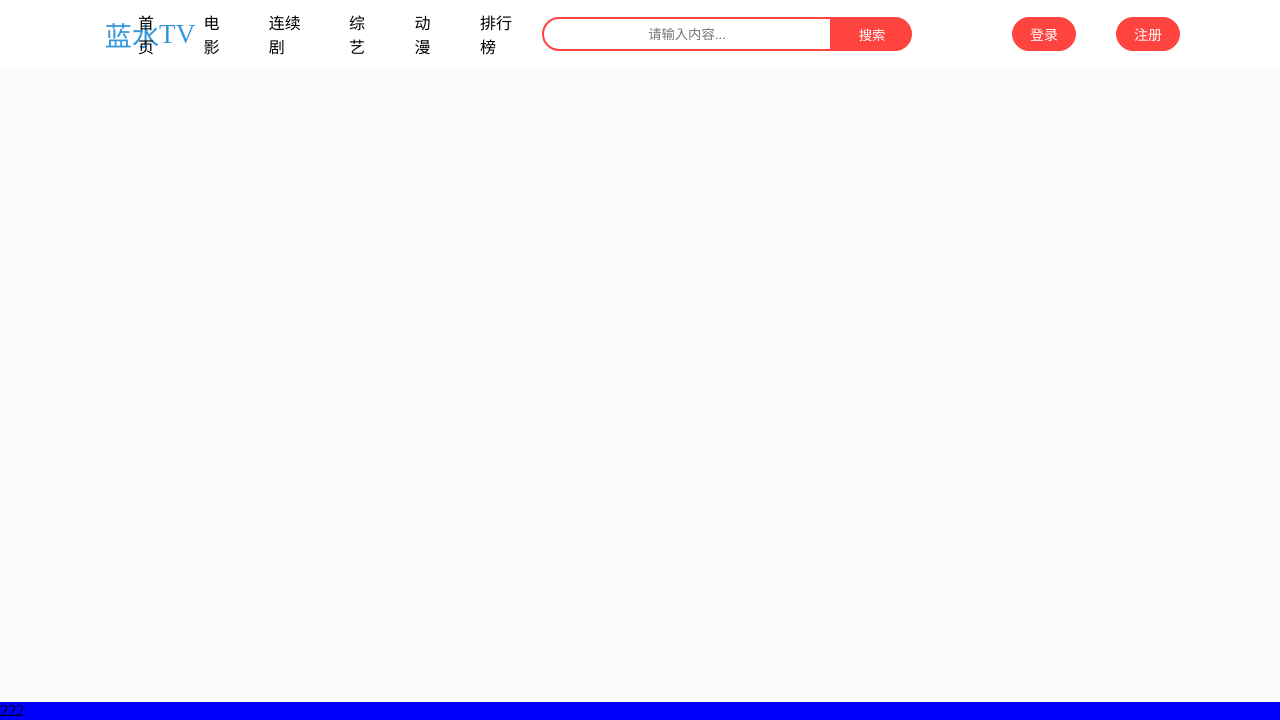
Repository: 842992406/blueWaterTV
Page: index.html
The author's editor kept a copy of each file at every save. The page is drawn from the files as they stood at one save, then again after the next save.
The browser window is 1280 px wide. The pictures show the whole page.

Above is the page before, as saved 2022-05-05 16:40:12.

### index.html
<!DOCTYPE html>
<html lang="en">

<head>
  <meta charset="UTF-8">
  <meta http-equiv="X-UA-Compatible" content="IE=edge">
  <meta name="viewport" content="width=device-width, initial-scale=1.0">
  <title>蓝水TV</title>
  <link rel="stylesheet" href="./css/index.css">
</head>

<body>
  <!-- 头界面 -->
  <header>
    <!-- logo -->
    <div class="logo">
      <ul>
        <li>蓝</li>
        <li>水</li>
        <li>TV</li>
      </ul>
    </div>
    <!-- 导航栏 -->
    <div class="changeBox">
      <ul>
        <li>首页</li>
        <li>电影</li>
        <li>连续剧</li>
        <li>综艺</li>
        <li>动漫</li>
        <li>排行榜</li>
      </ul>
    </div>
    <div class="search">
      <input type="text" name="" id="input" placeholder="请输入内容..." onfocus="this.placeholder=''"
        onblur="this.placeholder='请输入内容...'">
      <button type="submit">搜索</button>
    </div>
    <!-- 登录注册按钮 -->
    <div class="userLogin">
      <button type="submit">登录</button>
      <button type="submit">注册</button>
    </div>
  </header>
  <!-- 主界面 -->
  <main>
    <div class="mainCard">
      <!-- 轮播图 -->
      <div class="map"></div>
    </div>
  </main>
  <!-- 脚页面 -->
  <footer>222</footer>
</body>

</html>

### css/index.css
*{
  padding: 0;
  margin: 0;
  box-sizing: border-box;
}

body{
  width: 100vw;
  height: 100vh;
  display: flex;
  flex-direction: column;
  justify-content: space-between;
  align-items: center;
  background-color: rgb(250, 250, 250);
}

/* 所有的 li 的前面的点都去掉 */
li{
  list-style: none;
}

header{
  /* 设置头固定不动 */
  position:fixed;
  right:0;
  top:0;
  width: 100vw;
  height: 68px;
  background-color: rgb(255, 255, 255);
  display: flex;
  padding:0 80px;
  justify-content: space-between;
}

.logo>ul{
  width: 100px;
  height: 100%;
  display: flex;
  font-size: 1.7em;
  justify-content: center;
  align-items: center;
  margin-left: 20px;
  color: #3498db;
  /* 鼠标变为小手 */
  cursor: pointer;
}

.logo>ul li {
  transition: 1s;
}
/* logo的第一个单词 */
.logo>ul>li:nth-of-type(1):hover{
  transform: rotate(360deg);
  color: aqua;
}
/* logo的第二个单词 */
.logo>ul>li:nth-of-type(2):hover{
  transform: scale(1.2);
  color: #f1c40f;
}
/* logo的第三个单词 */
.logo>ul>li:nth-of-type(3):hover{
  transform: rotate(360deg);
  color: #60a3bc;
}

/* 导航栏 */
.changeBox{
  width: 440px;
  height: 100%;
  display: flex;
  transform: translateX(-80px);
}

.changeBox>ul{
  display: flex;
  justify-content: center;
  align-items: center;
}

.changeBox>ul li{
  margin: 0 18px;
  cursor: pointer;
}

.changeBox>ul li:hover{
  color: #e67e22;
  border-bottom: 2px solid #e67e22;
}

.search{
  width: 380px;
  height: 100%;
  display: flex;
  justify-content: center;
  align-items: center;
  transform: translateX(-80px);
}

.search #input{
  width: 290px;
  height: 50%;
  border-radius: 25px 0 0 25px;
    /* 去掉焦点之后的边框 */
  outline: none;
  border: 2px solid rgb(255, 68, 63);
  text-align: center;
}

.search button{
  height: 50%;
  width: 80px;
  color: white;
  background-color: rgb(255, 68, 63);
  border-radius: 0 25px 25px 0;
  border: 2px solid rgb(255, 68, 63);
  /* 去掉点击的边框 */
  outline: none;
  cursor: pointer;
}

.userLogin {
  display: flex;
  justify-content: flex-end;
  align-items: center;
}

.userLogin button{
  height: 50%;
  width: 64px;
  padding: 0 15px;
  margin: 0 20px;
  border-radius: 20px;
  font-size: 14px;
  /* 去掉点击之后的黑色边框 */
  outline: none;
  background-color: rgb(255, 68, 63);
  color: white;
  border: 1px solid rgb(255, 68, 63);
  cursor: pointer;
  transition: .5s;
}

.userLogin button:hover{
  transform: scale(1.2);
}

main{
  position:relative;
  top: 68px;
  display: flex;
  width: 100vw;
  justify-content: center;
  align-items: center;
  background-color: red;
}

footer{
  display: flex;
  width: 100vw;
  background-color: blue;
}

After the next save:
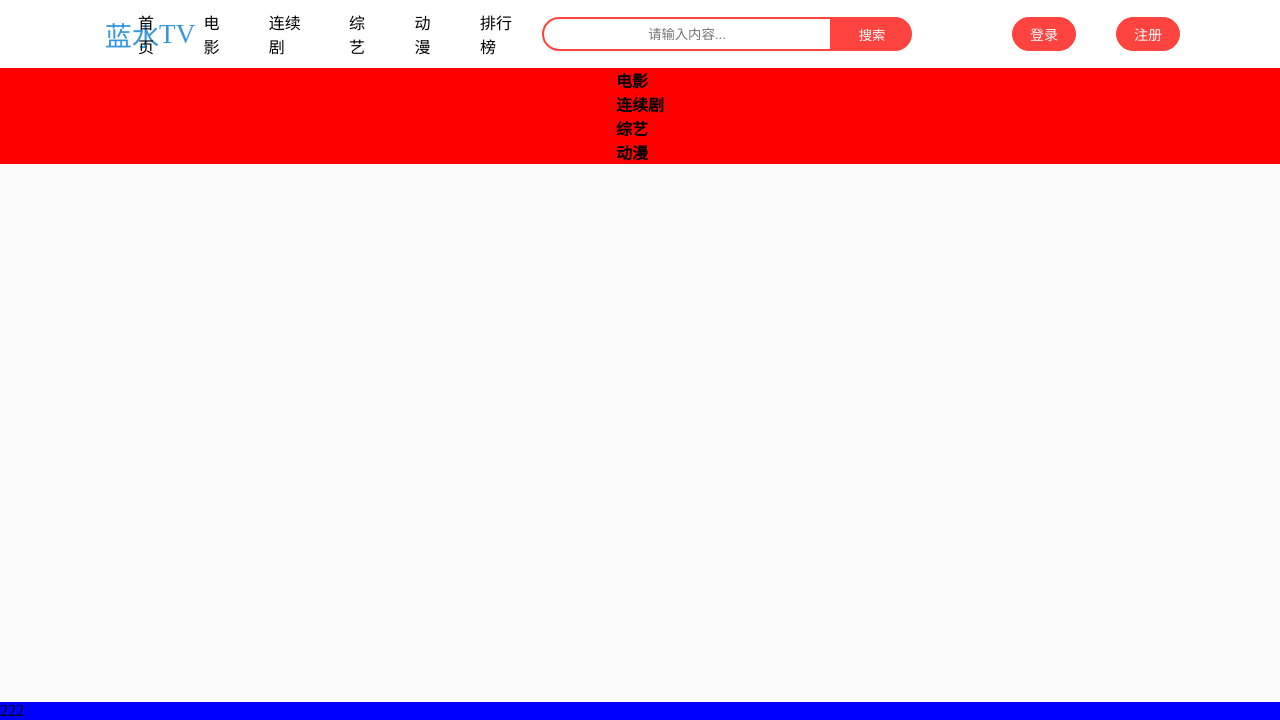
Saved 104 s later.
--- a/index.html
+++ b/index.html
@@ -47,6 +47,18 @@
     <div class="mainCard">
       <!-- 轮播图 -->
       <div class="map"></div>
+      <div>
+        <strong>电影</strong>
+      </div>
+      <div>
+        <strong>连续剧</strong>
+      </div>
+      <div>
+        <strong>综艺</strong>
+      </div>
+      <div>
+        <strong>动漫</strong>
+      </div>
     </div>
   </main>
   <!-- 脚页面 -->

After the 3 saves that followed:
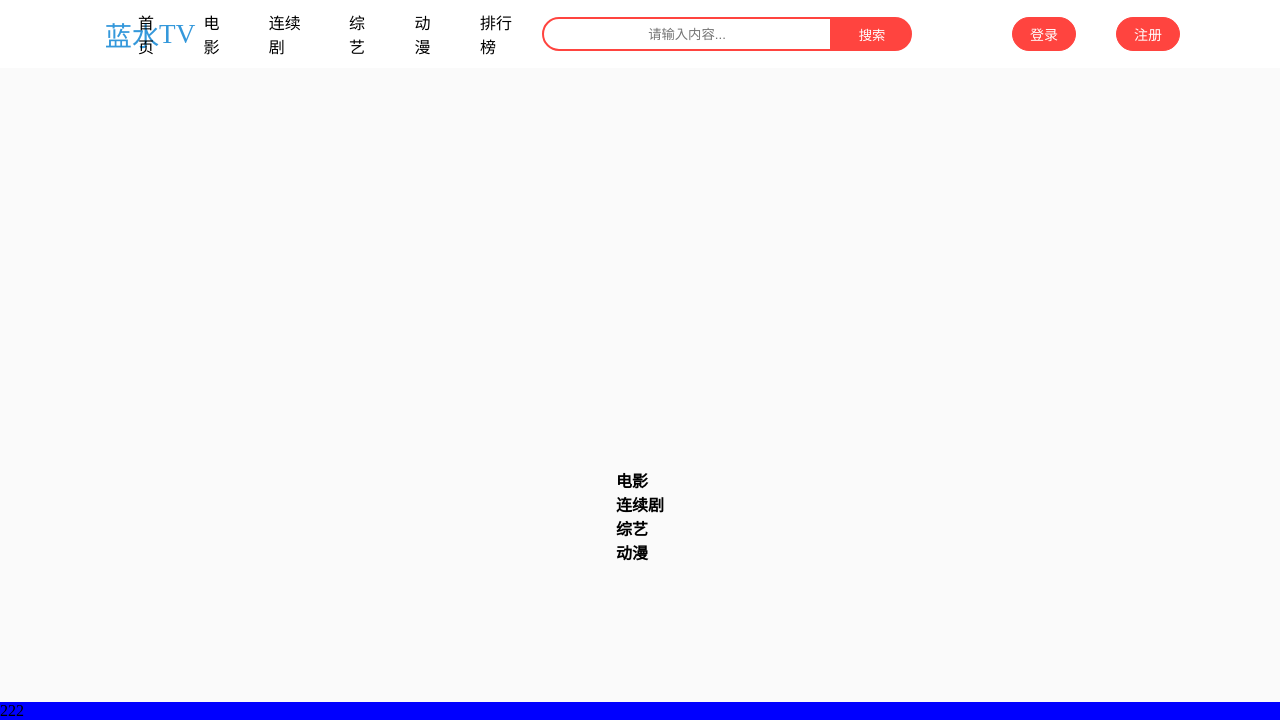
The 3 saves are shown as one change because 2 left the picture as it was.
The last was saved 2 min 5 s later.
--- a/index.html
+++ b/index.html
@@ -47,16 +47,16 @@
     <div class="mainCard">
       <!-- 轮播图 -->
       <div class="map"></div>
-      <div>
+      <div class="movie">
         <strong>电影</strong>
       </div>
-      <div>
+      <div class="sitcom">
         <strong>连续剧</strong>
       </div>
-      <div>
+      <div class="variety">
         <strong>综艺</strong>
       </div>
-      <div>
+      <div class="comic">
         <strong>动漫</strong>
       </div>
     </div>
--- a/css/index.css
+++ b/css/index.css
@@ -152,7 +152,11 @@ main{
   width: 100vw;
   justify-content: center;
   align-items: center;
-  background-color: red;
+}
+
+.mainCard .map{
+  width: 100%;
+  height: 400px;
 }
 
 footer{
